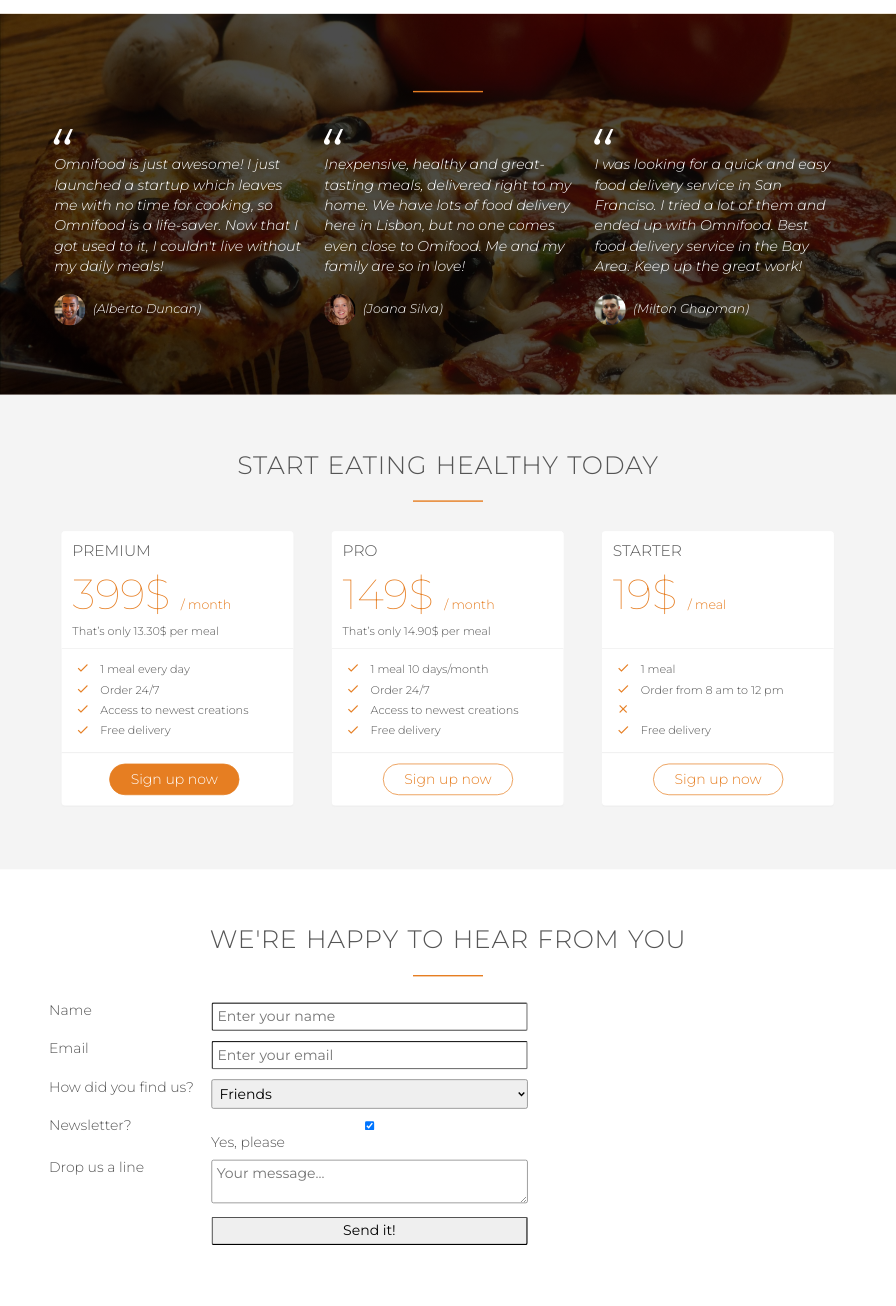
Repository: bbaryn/tasty-food-page
Page: index.html
These files come from the project's save history. The page is drawn as it stood at one moment and after the next save; the edit follows.
The browser window is 1280 px wide. The pictures show the part of the page from y = 3347 to 5267 px (the page is 5212 px tall before and 5267 px after), at 70% of full size.
Backgrounds fixed to the window are drawn as part of the page.

Above is the page before, as saved 2019-03-28 10:52:25.

After the next save:
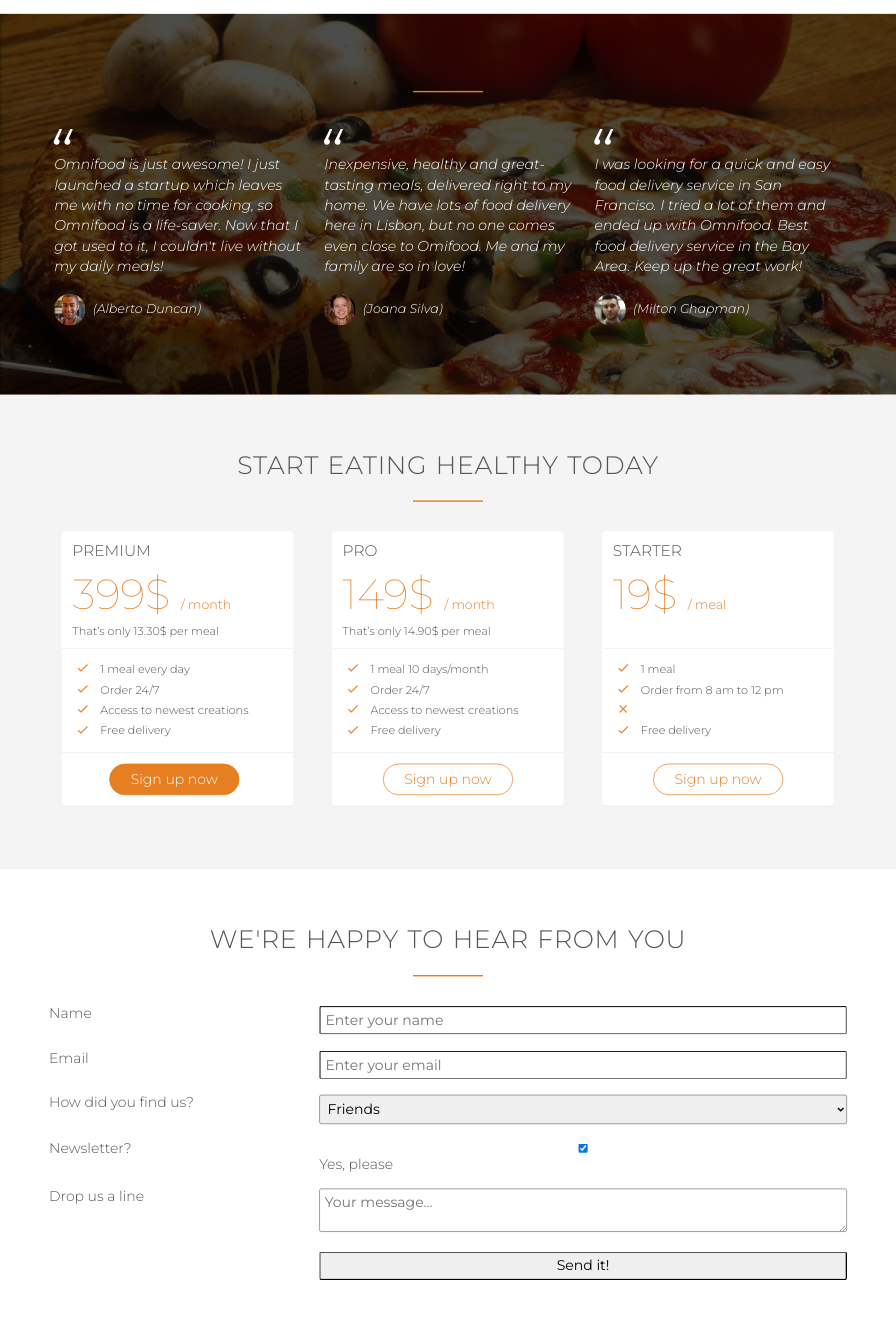
Saved 5 min 22 s later.
--- a/resources/css/style.css
+++ b/resources/css/style.css
@@ -455,7 +455,7 @@
 /* ----------------------------------------------- */
 
 .contact-form {
-    width: 60%;
+    /* width: 60%; */
     margin-top: 0 auto;
 }
 
